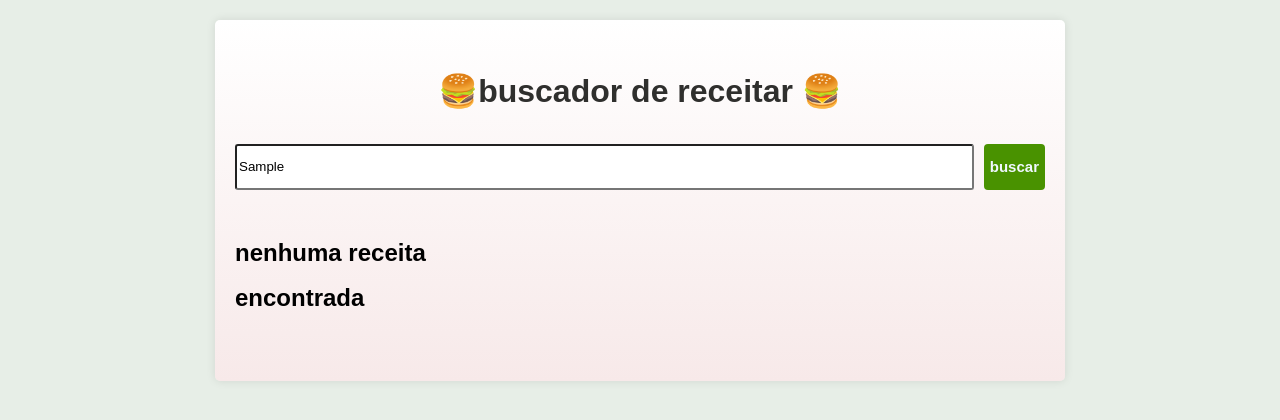
Repository: RoneT9/Receitas
Page: receita.html
The author's editor kept a copy of each file at every save. The page is drawn from the files as they stood at one save, then again after the next save.
The browser window is 1280 px wide. The pictures show the whole page.
Empty fields were first filled with sample values (such as "Sample", 5 or name@example.com).
After loading, the first visible `form.search-form` was submitted once.
The page's requests for data from a server got no answer.

Above is the page before, as saved 2026-02-21 20:29:03.

### receita.html
<!doctype html>
<html lang="en">
  <head>
    <meta charset="UTF-8" />
    <meta name="viewport" content="width=device-width, initial-scale=1.0" />
    <link rel="stylesheet" href="receita.css" />
    <title>Document</title>
  </head>
  <body>
    <main class="container">
      <h1>buscador de receitar</h1>
      <form class="search-form">
        <input type="text" placeholder="digite o ingrediente" class="seach-ipunt" />
        <button class="btn" type="submit">buscar</button>
      </form>
      <div class="loading"></div>
      <div class="recipe-list"></div>
      <div class="recipe-details"></div>
    </main>
  </body>
  <script src="receita.js"></script>
</html>

### receita.css
body {
  margin: 0;
  padding: 20px;
  line-height: 1.9;
  font-family: sans-serif;
  background-color: rgb(231, 238, 231);
}

.container {
  width: 810px;
  background: linear-gradient(to top, rgb(247, 233, 233), white);
  margin: 0 auto;
  padding: 20px;
  box-shadow: 0 0 10px rgba(0, 0, 0, 0.1);
  border-radius: 5px;
}

h1 {
  color: rgb(47, 47, 45);
  text-align: center;
}

.search-form {
  display: flex;
  gap: 10px;
  margin-bottom: 20px;
}

.seach-ipunt {
  flex: 1;
  height: 28px;
  outline: none;
  border-radius: 3px;
  height: 40px;
}

.seach-ipunt:focus {
  background-color: rgb(221, 219, 217);
}

.btn {
  padding: 10px 20;
  background-color: rgb(73, 146, 0);
  cursor: pointer;
  border-radius: 4px;
  border: none;
  color: aliceblue;
  font-weight: 600;
  font-size: 15px;
  transition: 0.5s ease-out;
}

.btn:hover {
  background-color: rgb(94, 173, 14);
}

.btn:active {
  transform: scaleX(1.2);
}

h1::before {
  content: "🍔";
  color: brown;
}

h1::after {
  content: " 🍔";
  color: brown;
  object-fit: fill;
}

.recipe-card {
  border: 1px solid #decfcf;
  border-radius: 5px;
  text-align: center;
  cursor: pointer;
  transition: 0.05s;
  width: 400px;
}

.recipe-card img {
  margin: 30px;
  height: 200px;
  width: 250px;
  object-fit: cover;
  border-radius: 5px;
  box-shadow: 0 0 10px rgba(01, 10, 0, 0.1);
  transition: 02s;
}

img:hover {
  transform: scaleX(1.1);
  transform: scaleY(1.1);
}

.recipe-list {
  display: grid;
  grid-template-columns: repeat(auto-fill, minmax(200px, 1fr));
  gap: 3px;
}

.recipe-details {
  margin-top: 20px;
}

.recipe-details img {
  /* width: 100%; */
  max-width: 400px;
  height: 450px;
  object-fit: cover;
  border-radius: 5px;
  box-shadow: 2px 2px 10px 2px;
}

### receita.js
//ALGORITMOS

//Saber quando o usuario clicou na receita
//Busca informaçães da receita individual na API
//Colocar a receita individualna tela

//Pegar a informação do input , quando o botão for clicado
const input = document.querySelector(".seach-ipunt");
const form = document.querySelector(".search-form");
const recipelist = document.querySelector(".recipe-list");
const recipeDetails = document.querySelector(".recipe-details");

form.addEventListener("submit", (e) => {
  e.preventDefault();
  const inputValue = e.target[0].value;
  seachRecipes(inputValue);
});

//Ir ate a API , trazer as receitas
async function seachRecipes(ingredient) {
  try {
    const response = await fetch(`https://www.themealdb.com/api/json/v1/1/filter.php?i=${ingredient}`);
    const data = await response.json();
    showRecipe(data.meals);
  } catch (error) {
    recipelist.innerHTML = `<h2>nenhuma receita encontrada</h2>`;
  }
}

//Colocar as receitas na tela
function showRecipe(recipes) {
  recipelist.innerHTML = recipes
    .map(
      (item) =>
        `
    <div class ="recipe-card"onclick ="getRecipeDatails(${item.idMeal})">
    <img src = "${item.strMealThumb}" alt = "recipe-photo">
    <h3>${item.strMeal}</h3>
    </div>
    <br/>
    `,
    )
    .join("");
}
//saber quando o usuario clicou na receita
async function getRecipeDatails(id) {
  const response = await fetch(`https://www.themealdb.com/api/json/v1/1/lookup.php?i=${id}`);
  const data = await response.json();
  const recipe = data.meals[0];

  let ingredients = "";

  for (let i = 1; i <= 20; i++) {
    if (recipe[`strIngredient${i}`]) {
      ingredients += `<li>${recipe[`strIngredient${i}`]} - ${recipe[`strMeasure${i}`]}</li>`;
    } else {
      break;
    }
  }

  recipeDetails.innerHTML = `
  <h2>${recipe.strMeal}</h2>
  <img src="${recipe.strMealThumb}" alt=${recipe.strMeal}">
  <h3>Categoria: ${recipe.strCategory}</h3>
  <h3>Origem: ${recipe.strArea}</h3>
  <h3>ingredientes</h3>
  <ul>${ingredients} </ul>
  <h3>instruçães</h3>
  <p>${recipe.strInstructions}</p>
  <p>video: <a href="${recipe.strYoutube}"target="_blank">Assistar no Yobube<p/>`;
}

After the next save:
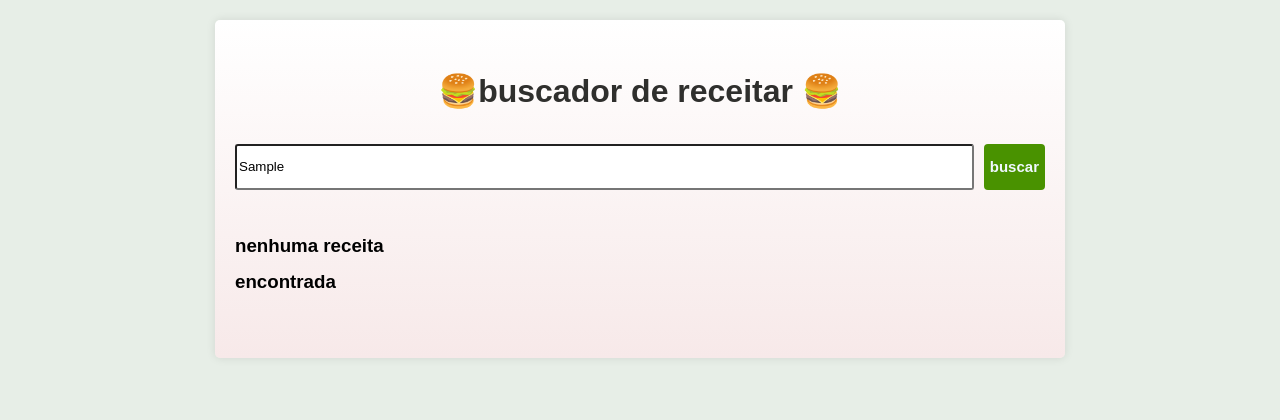
Saved 20 s later.
--- a/receita.js
+++ b/receita.js
@@ -23,7 +23,7 @@ async function seachRecipes(ingredient) {
     const data = await response.json();
     showRecipe(data.meals);
   } catch (error) {
-    recipelist.innerHTML = `<h2>nenhuma receita encontrada</h2>`;
+    recipelist.innerHTML = `<h3>nenhuma receita encontrada</h3>`;
   }
 }
 
